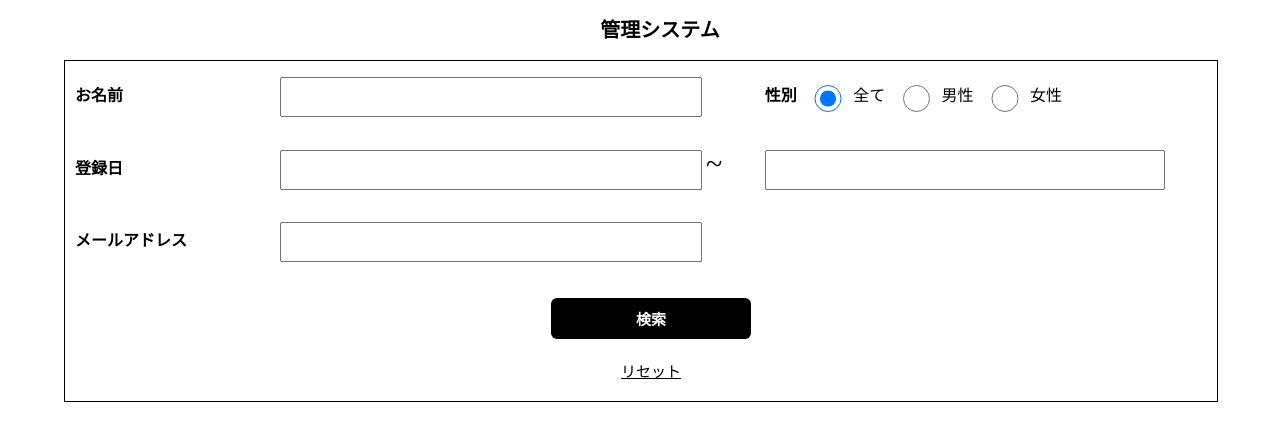
Repository: masanarimiura/20220723_miura_advance_test
Page: http://localhost/manage
The author's editor kept a copy of each file at every save. The page is drawn from the files as they stood at one save, then again after the next save.
The browser window is 1280 px wide. The pictures show the whole page.
The page is served by the project's Laravel application, run on PHP 8.4 with Laravel 8.

Above is the page before, as saved 2022-07-19 20:40:22.

After the next save:
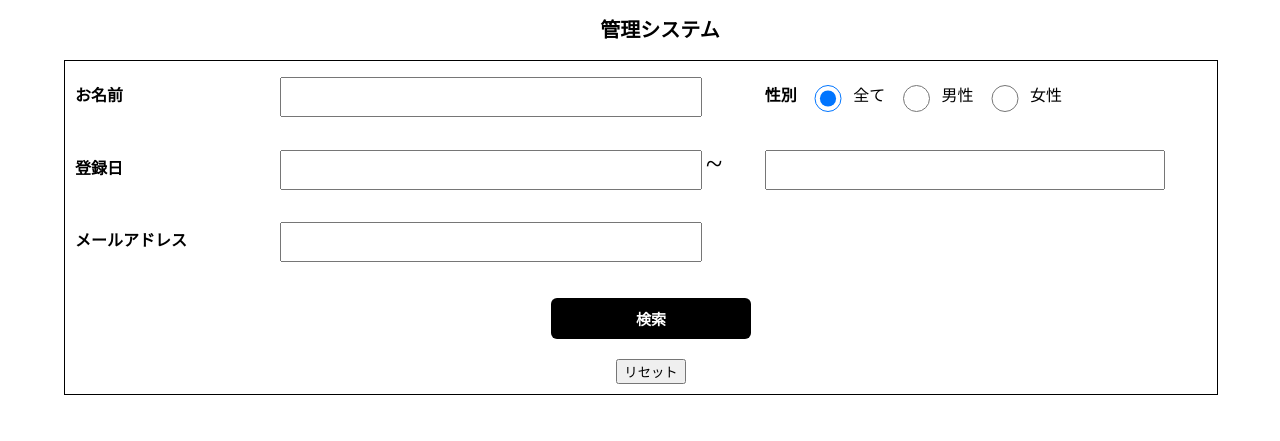
Saved 9 s later.
--- a/resources/views/manage.blade.php
+++ b/resources/views/manage.blade.php
@@ -175,7 +175,7 @@ input, select {
   border: none;
   cursor: pointer;
 }
-.return-btn{
+.reset-btn{
   border: none;
   margin: 0 auto;
   padding-bottom: 10px;

After the save that followed:
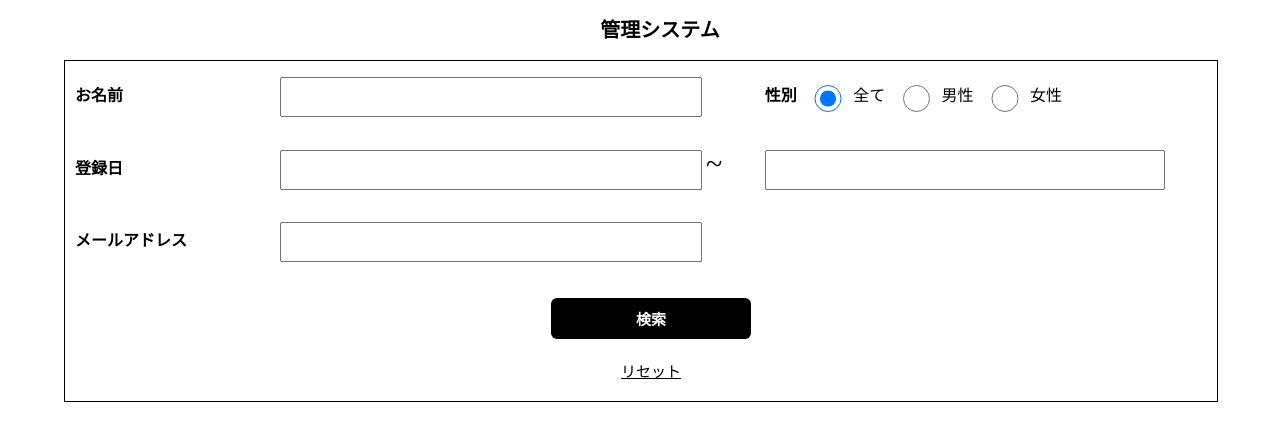
Saved 8 s later.
--- a/resources/views/manage.blade.php
+++ b/resources/views/manage.blade.php
@@ -238,7 +238,7 @@ input, select {
           <button type="submit" class="submit-btn">検索</button>
         </div>
         <div class="submit-box">
-          <button type="submit" formmethod="get" class="return-btn">リセット</button>
+          <button type="submit" formmethod="get" class="reset-btn">リセット</button>
         </div>
       </form>
     </div>
